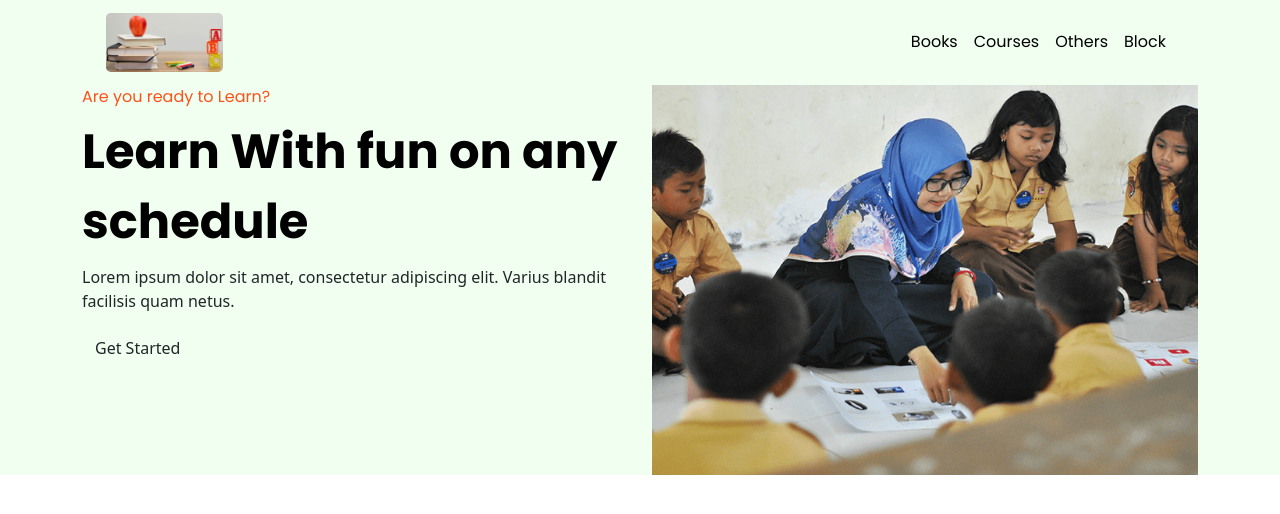
Repository: zjria/Figma-to-E-school
Page: index.html
The author's editor kept a copy of each file at every save. The page is drawn from the files as they stood at one save, then again after the next save.
The browser window is 1280 px wide. The pictures show the whole page.
Some web libraries are served in a nearby version.

Above is the page before, as saved 2022-05-06 15:44:41.

After the next save:
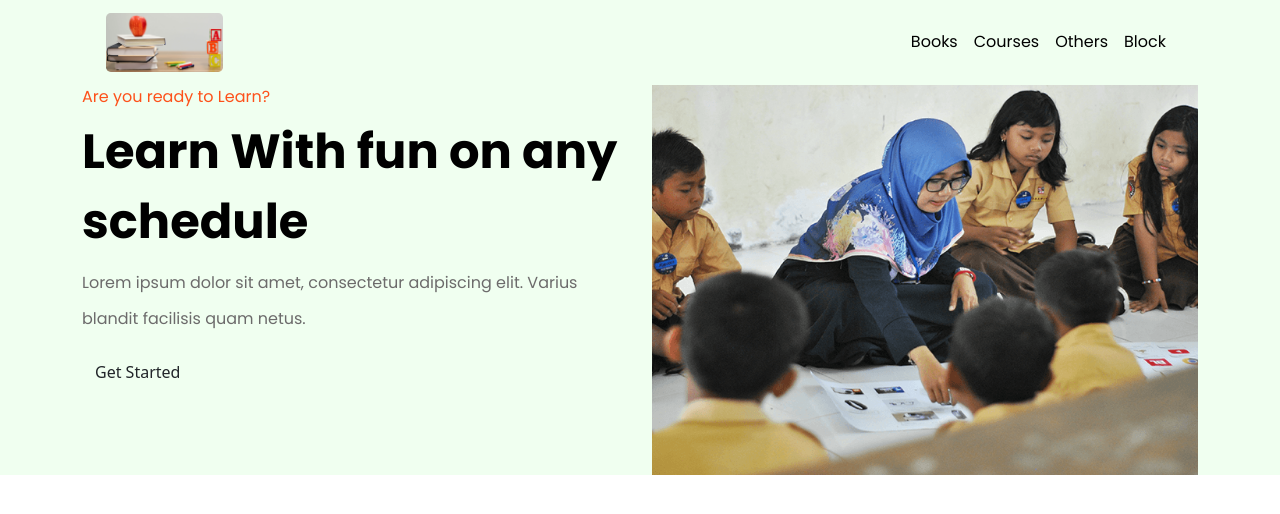
Saved 2 min 3 s later.
--- a/style.css
+++ b/style.css
@@ -35,6 +35,11 @@
 .hero-content span{
 
 }
-.hero-content p{
-
+.hero-content p {
+    font-family: 'Poppins';
+    font-style: normal;
+    font-weight: 400;
+    font-size: 16px;
+    line-height: 36px;
+    color: #6C6B6B;
 }
